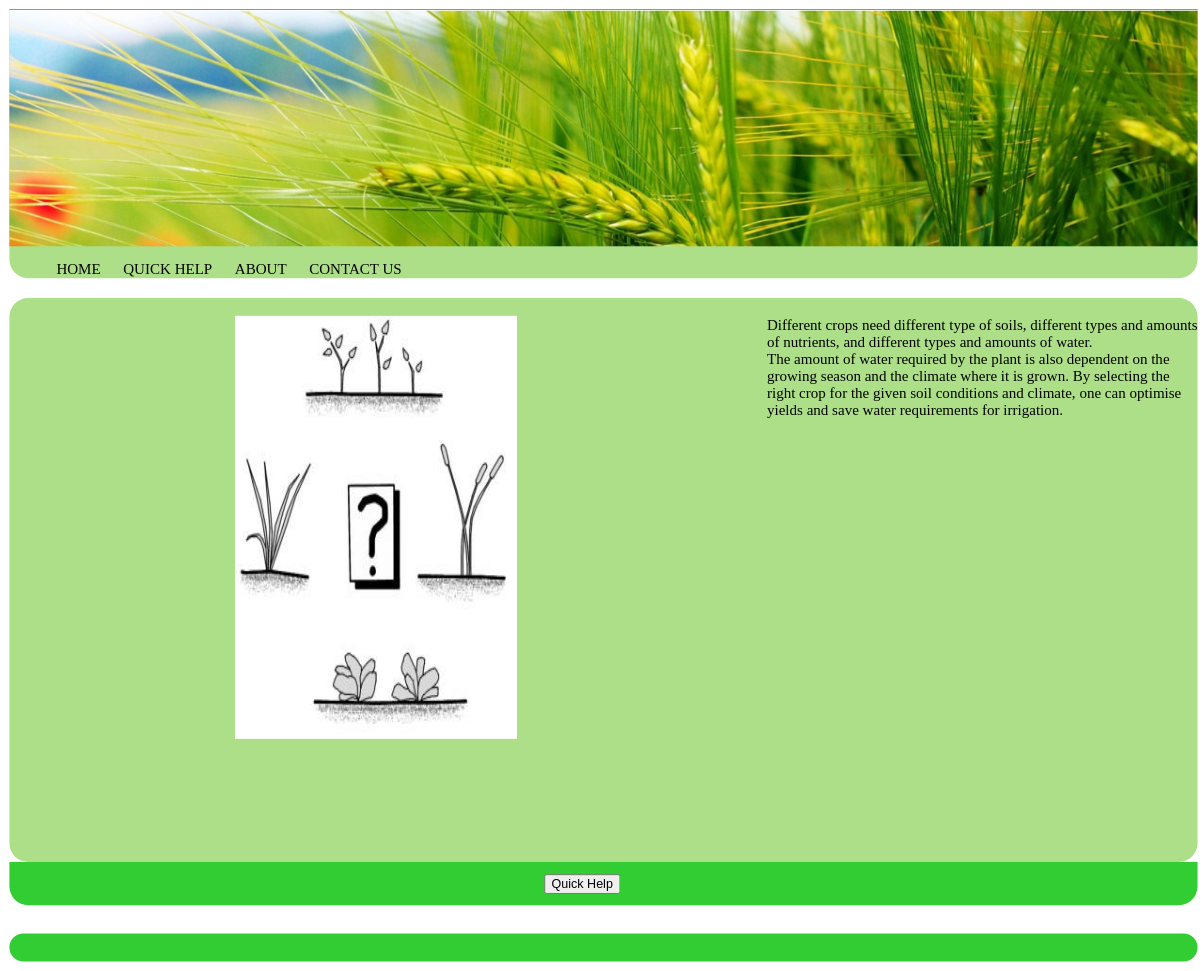
Repository: shivamtyagi1234/FarmoFriend
Page: http://localhost/FarmoFriend/
These files come from the project's save history. The page is drawn as it stood at one moment and after the next save; the edit follows.
The browser window is 1280 px wide. The pictures show the whole page, at 94% of full size.
The page is served by Tomcat 9.

Above is the page before, as saved 2019-11-03 07:11:06.

After the next save:
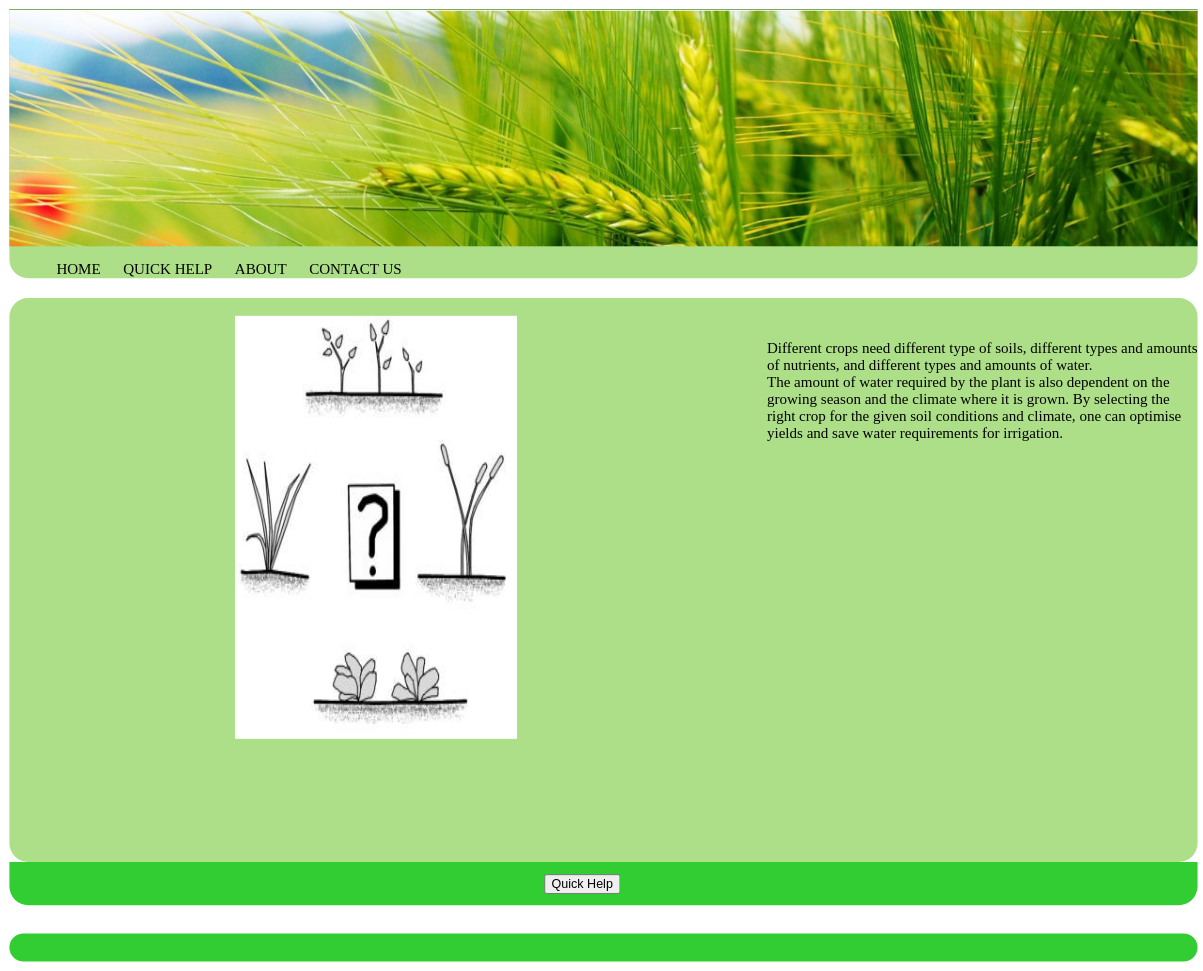
Saved 15 s later.
--- a/FarmoFriend/WebContent/home.jsp
+++ b/FarmoFriend/WebContent/home.jsp
@@ -76,7 +76,7 @@ height:30px;
 
 <div id="homeBody">
 	<div style="float: left; width: 50%"><img alt="home1" src="images\crop selection.jpg" ></div>
-	<div style="float: right; text-align: left; padding-top: 20px">
+	<div style="float: right; text-align: left; padding-top: 45px">
 	Different crops need different type of soils, different types and amounts
 	<br>of nutrients, and different types and amounts of water.
 	<br> The amount of water required by the plant is also dependent on the
